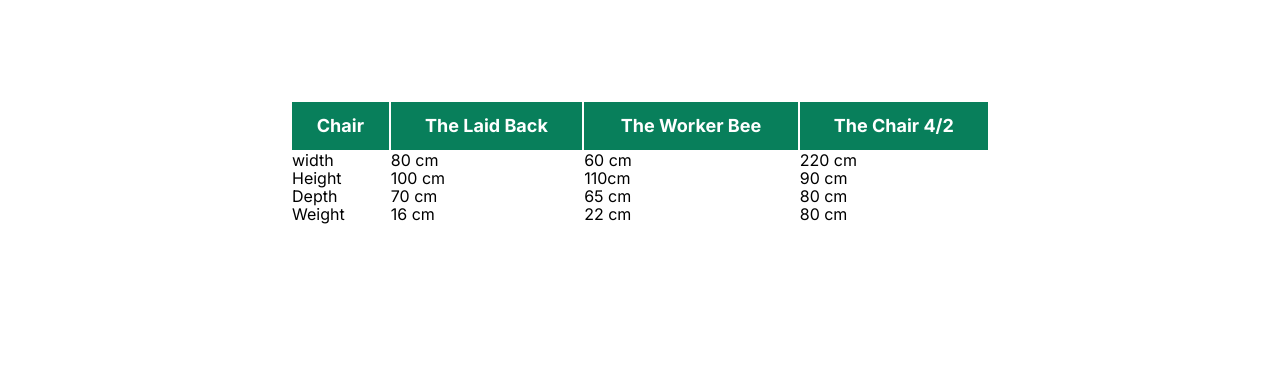
Repository: Ahmed123rezk123/06-Components
Page: table.html
An editor plug-in stored every save of this project. The page is shown before and after the next save, followed by the edit.
The browser window is 1280 px wide. The pictures show the whole page.

Above is the page before, as saved 2024-09-16 09:30:03.

### table.html
<!DOCTYPE html>
<html lang="en">
  <head>
    <meta charset="UTF-8" />
    <meta name="viewport" content="width=device-width, initial-scale=1.0" />
    <link rel="preconnect" href="https://fonts.gstatic.com" />
    <link
      href="https://fonts.googleapis.com/css2?family=Inter:wght@400;500;700&display=swap"
      rel="stylesheet"
    />
    <style>
      * {
        margin: 0;
        padding: 0;
        box-sizing: border-box;
      }

      body {
        font-family: "Inter", sans-serif;
        /* color: #343a40;
        background-color: #f8f9fa; */
        line-height: 1;
      }
      table {
        margin: 100px auto;
        width: 700px;
      }
      thead {
        background-color: #087f5b;
        color: #fff;
        font-size: 18px;
        font-weight: 500;
      }
      thead th {
        padding: 15px;
      }
      tbody {
      }

      tbody tr {
        padding: 15px;
      }
    </style>
    <title>Table</title>
  </head>
  <body>
    <table>
      <thead>
        <th>Chair</th>
        <th>The Laid Back</th>
        <th>The Worker Bee</th>
        <th>The Chair 4/2</th>
      </thead>
      <tbody>
        <tr>
          <td>width</td>
          <td>80 cm</td>
          <td>60 cm</td>
          <td>220 cm</td>
        </tr>
        <tr>
          <td>Height</td>
          <td>100 cm</td>
          <td>110cm</td>
          <td>90 cm</td>
        </tr>
        <tr>
          <td>Depth</td>
          <td>70 cm</td>
          <td>65 cm</td>
          <td>80 cm</td>
        </tr>

        <tr>
          <td>Weight</td>
          <td>16 cm</td>
          <td>22 cm</td>
          <td>80 cm</td>
        </tr>
      </tbody>
    </table>
  </body>
</html>

After the next save:
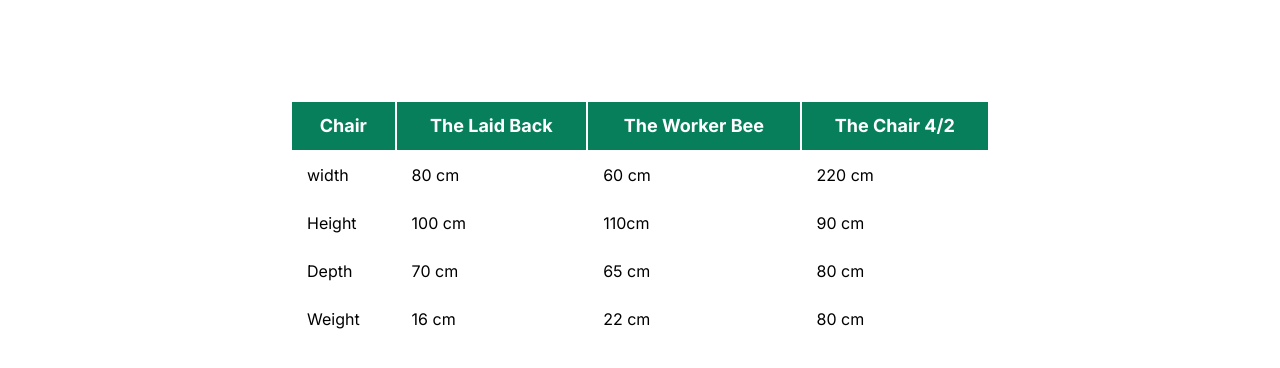
Saved 13 s later.
--- a/table.html
+++ b/table.html
@@ -37,7 +37,7 @@
       tbody {
       }
 
-      tbody tr {
+      tbody tr td {
         padding: 15px;
       }
     </style>
